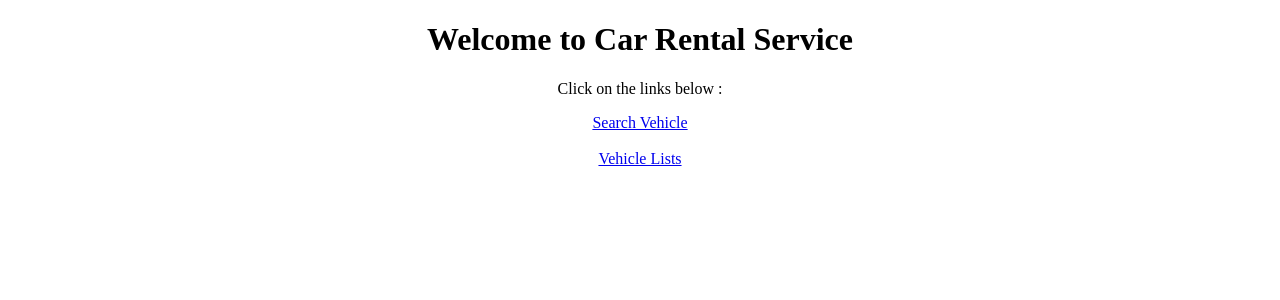
Repository: harsh23012/InfiniteProjects
Page: CarRent/carrent/src/main/webapp/UserPage.html
These files come from the project's save history. The page is drawn as it stood at one moment and after the next save; the edit follows.
The browser window is 1280 px wide. The pictures show the whole page.

Above is the page before, as saved 2025-05-04 11:19:21.

### CarRent/carrent/src/main/webapp/UserPage.html
<!DOCTYPE html>
<html>
<head>
<meta charset="UTF-8">
<title>Insert title here</title>
</head>
<body>

	<center>

		<h1>Welcome to Car Rental Service</h1>

        <p>Click on the links below :</p>

		 <!-- Link to search vehicle page -->
        <a href="SearchVehicle.html">Search Vehicle</a><br><br>

        <!-- Link to list of available vehicle page -->
        <a href="AvailVehicle.html">Vehicle Lists</a>
	</center>
</body>
</html>

After the next save:
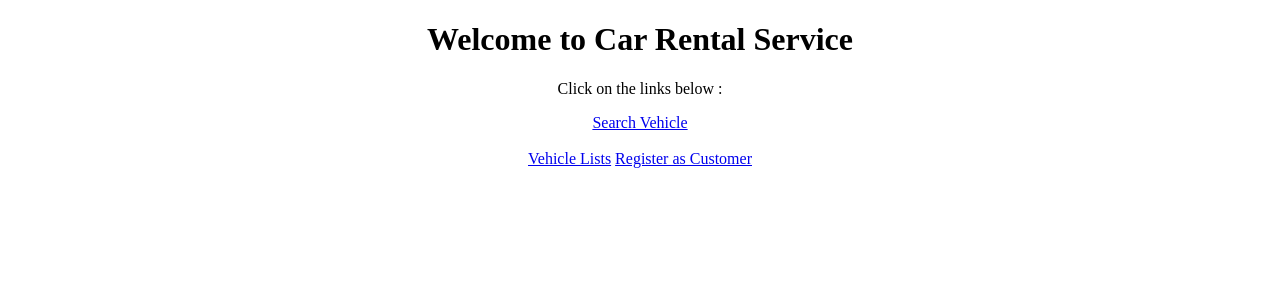
Saved 60 s later.
--- a/CarRent/carrent/src/main/webapp/UserPage.html
+++ b/CarRent/carrent/src/main/webapp/UserPage.html
@@ -17,6 +17,9 @@
 
         <!-- Link to list of available vehicle page -->
         <a href="AvailVehicle.html">Vehicle Lists</a>
+
+        <!-- Link to add Customer -->
+        <a href="AddCustomer.html">Register as Customer</a>
 	</center>
 </body>
 </html>
